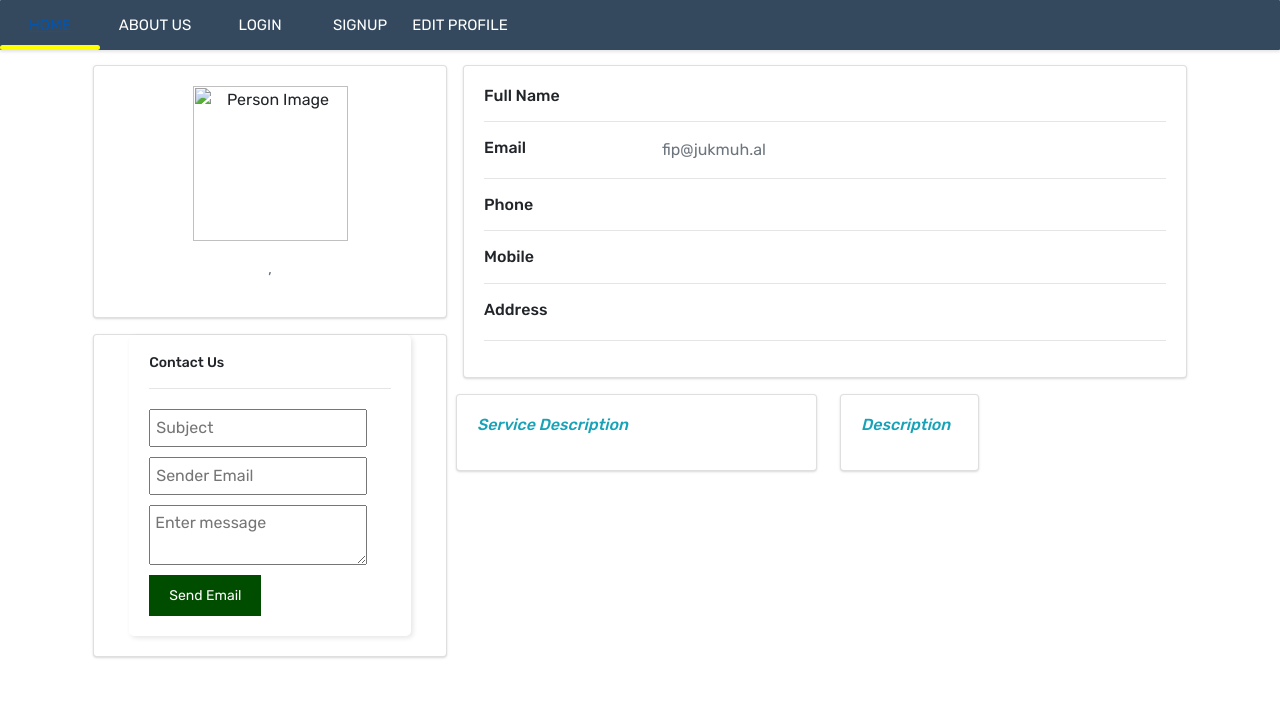
Repository: Chitti-g-k/Paw-Takers
Page: templates/profilepage.html
An editor plug-in stored every save of this project. The page is shown before and after the next save, followed by the edit.
The browser window is 1280 px wide. The pictures show the whole page.
The template is drawn by Django 4.2. The application's start-up code is not run. The template is opened directly, without the code that normally fills it, so the values that code supplies are empty.

Above is the page before, as saved 2023-07-16 09:00:23.

After the next save:
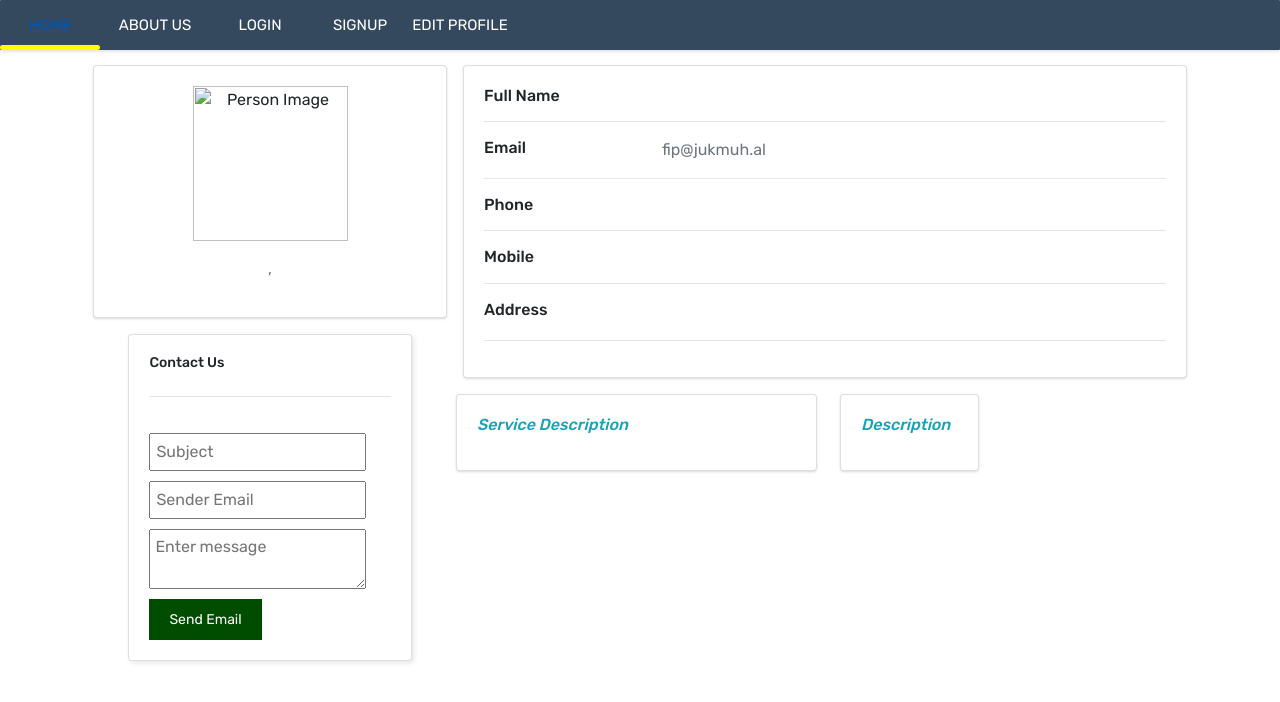
Saved 32 s later.
--- a/templates/profilepage.html
+++ b/templates/profilepage.html
@@ -244,8 +244,8 @@
                           </div>
                         </div>
                       </div>
-                      <div class="card mt-3">
-                        <div class="content-box" >
+                      <div class="card mt-3 content-box">
+
                             <h2 style="font-size: 14px;">Contact Us</h2>
                             <hr>
                             <div class=" contact-us-form">
@@ -256,7 +256,7 @@
                                     <button type="submit" style="background-color: #004d00; color: #fff; border: none; padding: 10px 20px; font-size: 14px; cursor: pointer;">Send Email</button>
                                 </form>
                             </div>
-                        </div>
+
                       </div>
                     </div>
                     <div class="col-md-8">

After the save that followed:
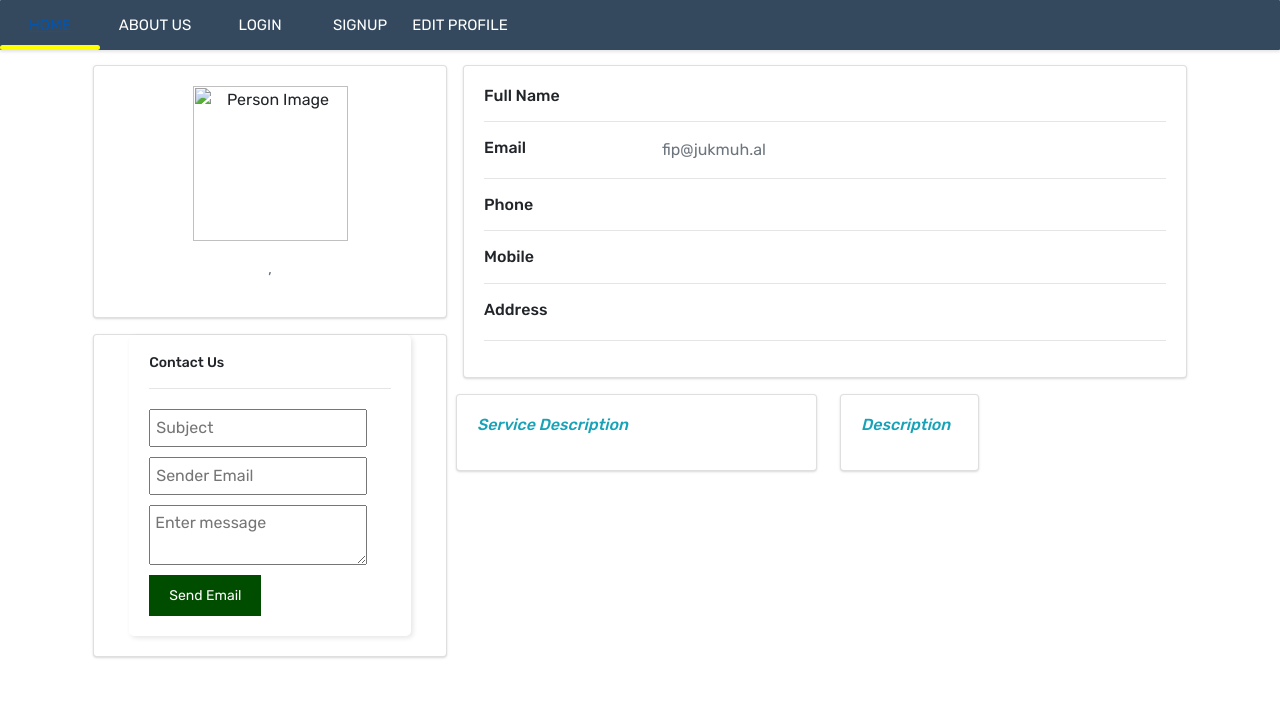
Saved 29 s later.
--- a/templates/profilepage.html
+++ b/templates/profilepage.html
@@ -244,8 +244,8 @@
                           </div>
                         </div>
                       </div>
-                      <div class="card mt-3 content-box">
-
+                      <div class="card mt-3">
+                        <div class="content-box" >
                             <h2 style="font-size: 14px;">Contact Us</h2>
                             <hr>
                             <div class=" contact-us-form">
@@ -256,7 +256,7 @@
                                     <button type="submit" style="background-color: #004d00; color: #fff; border: none; padding: 10px 20px; font-size: 14px; cursor: pointer;">Send Email</button>
                                 </form>
                             </div>
-
+                        </div>
                       </div>
                     </div>
                     <div class="col-md-8">
